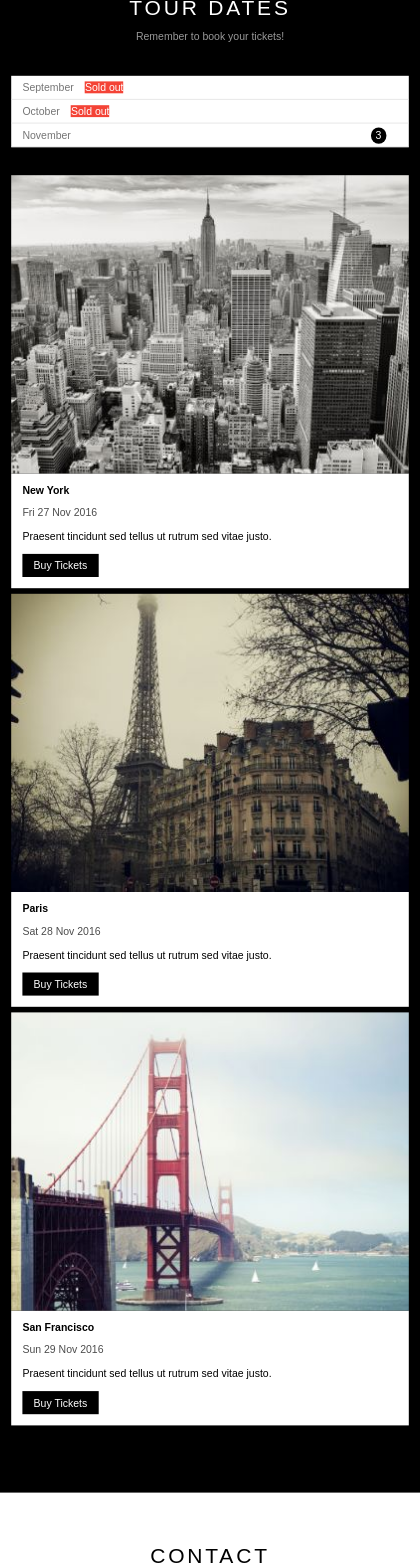
Repository: nguyenhoang2002062929/band
Page: index.html
These files come from the project's save history. The page is drawn as it stood at one moment and after the next save; the edit follows.
The browser window is 600 px wide. The pictures show the part of the page from y = 2146 to 4386 px (the page is 5261 px tall before and 5285 px after), at 70% of full size.

Above is the page before, as saved 2023-06-09 22:58:14.

After the next save:
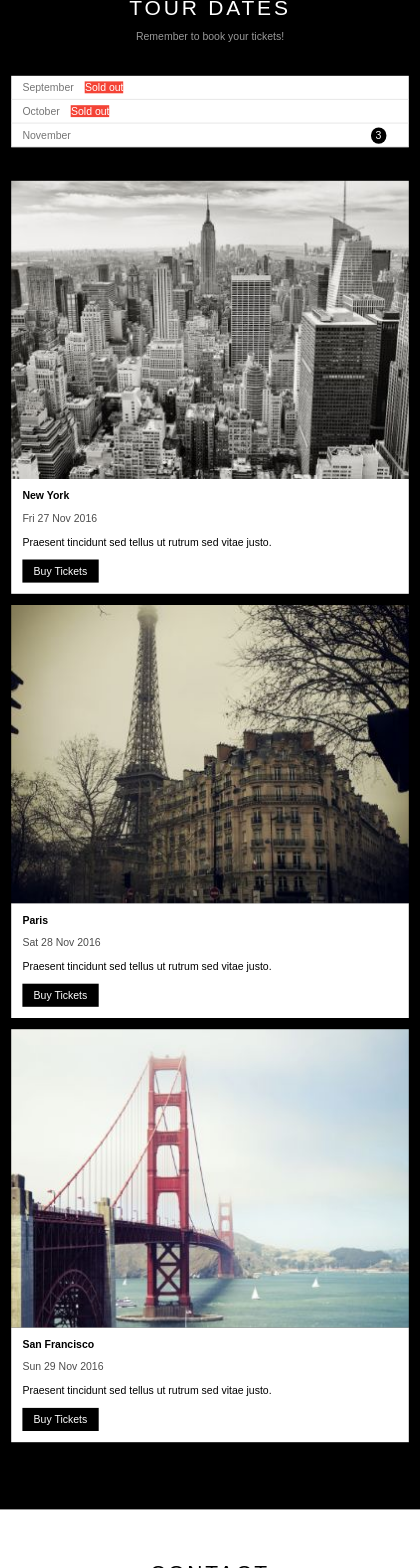
Saved 8 s later.
--- a/assets/css/style.css
+++ b/assets/css/style.css
@@ -459,7 +459,7 @@ cursor: pointer;
         flex-direction: column;
     }
     .places{
-        margin-top: 8px;
+        margin-top: 16px;
         width: 100% !important;
     }
     .row{
